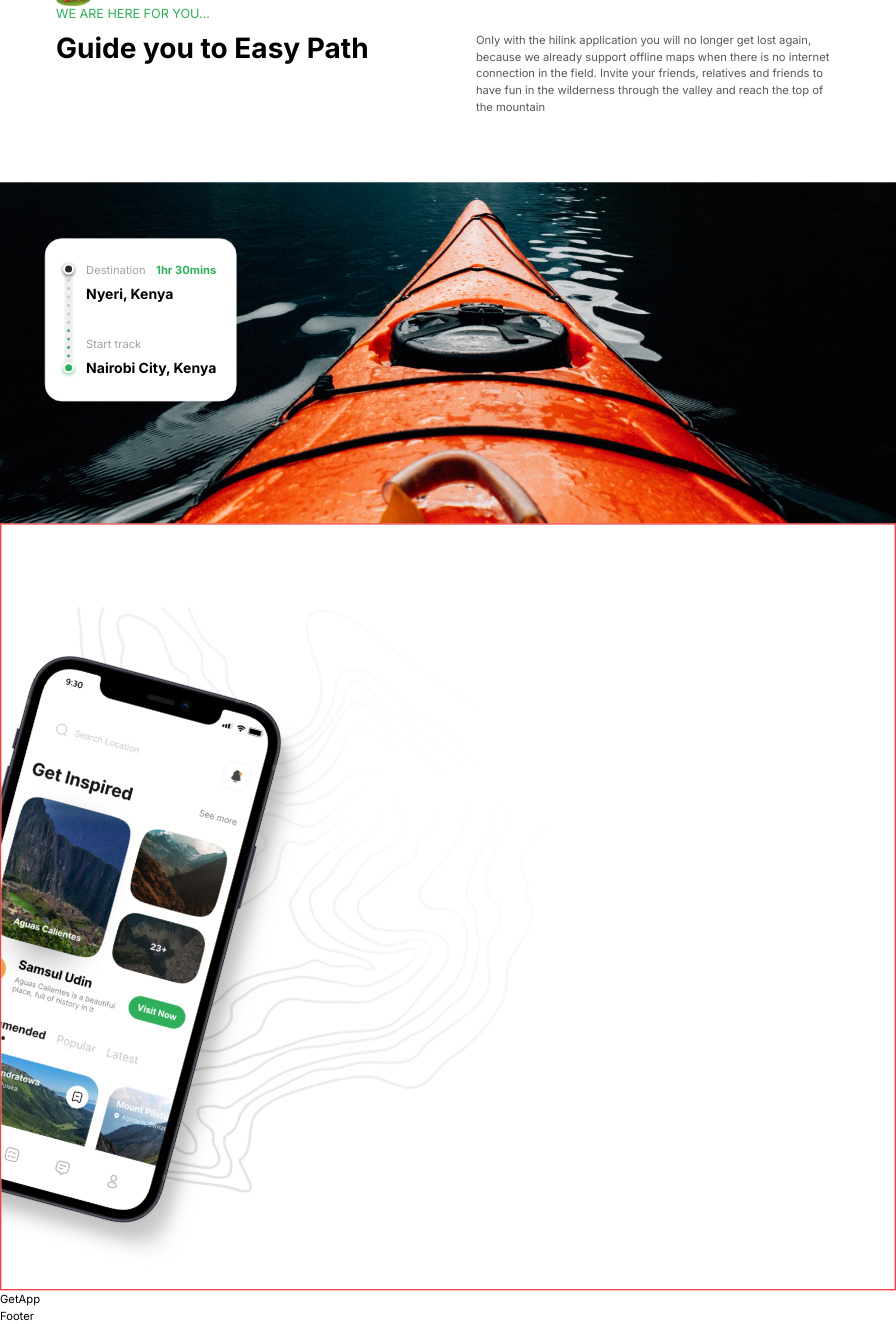
Repository: martin-raphael/travel_agency
Page: /
An editor plug-in stored every save of this project. The page is shown before and after the next save, followed by the edit.
The browser window is 1280 px wide. The pictures show the part of the page from y = 1869 to 3789 px (the page is 3760 px tall before and 3789 px after), at 70% of full size.
The project was rebuilt for these pictures with package versions that can differ from the ones it lists, and the page was loaded fresh each time. The framework's server and built-in components were replaced by stand-ins that run in the browser. Also part of the build but not shown: next.config.mjs.

Above is the page before, as saved 2024-08-09 00:50:41.

After the next save:
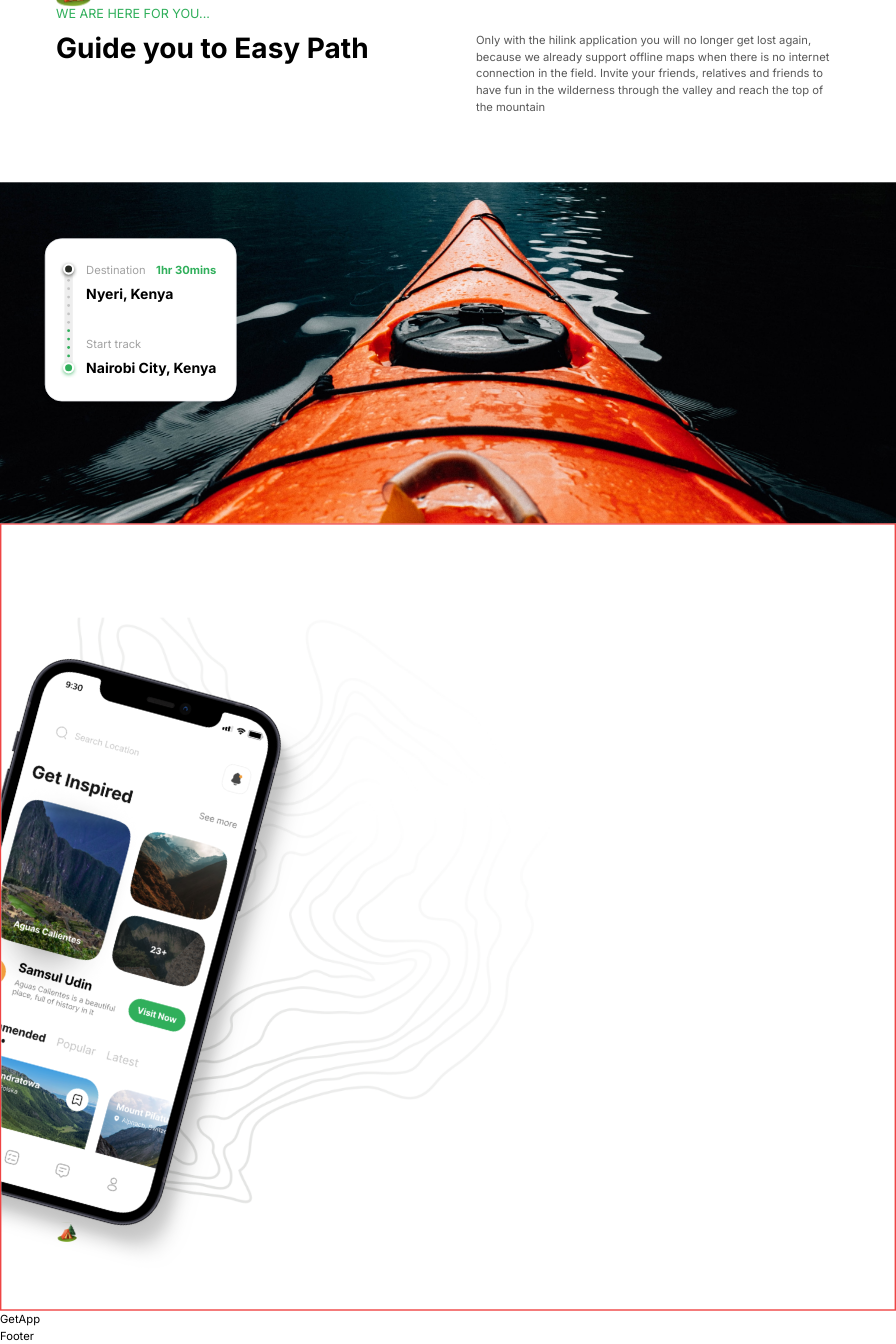
Saved 3 min 31 s later.
--- a/components/Features.tsx
+++ b/components/Features.tsx
@@ -16,6 +16,17 @@ const Features = () => {
           width={440}
           height={1000}/>
         </div>
+        <div className="z-20 flex w-full flex-col lg:w-[60%]">
+          <div className="relative">
+            <Image
+            src="/camp.svg"
+            alt="camp"
+            width={28}
+            height={28}/>
+
+          </div>
+
+        </div>
       </div>
     </section>
   );
